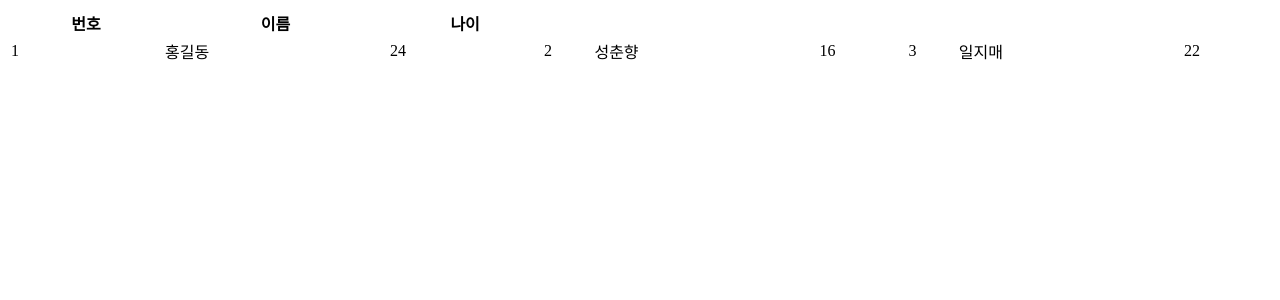
Repository: suhong99/htmlLecture
Page: cssSample2/src/main/webapp/index2.html
These files come from the project's save history. The page is drawn as it stood at one moment and after the next save; the edit follows.
The browser window is 1280 px wide. The pictures show the whole page.

Above is the page before, as saved 2023-06-22 02:05:47.

### cssSample2/src/main/webapp/index2.html
<!DOCTYPE html>
<html>
<head>
<meta charset="UTF-8">
<title>Insert title here</title>
<style type="text/css">
	table {
		width:100%;
	}
</style>
</head>

<body>
<table>
<thead>
	<tr>
		<th>번호</th>
		<th>이름</th>
		<th>나이</th>
	</tr>
	<tbody>
		<tr>
			<td>1</td><td>홍길동</td><td>24</td>
			<td>2</td><td>성춘향</td><td>16</td>
			<td>3</td><td>일지매</td><td>22</td>
		</tr>
	</tbody>
</thead>


</table>

</body>
</html>

After the next save:
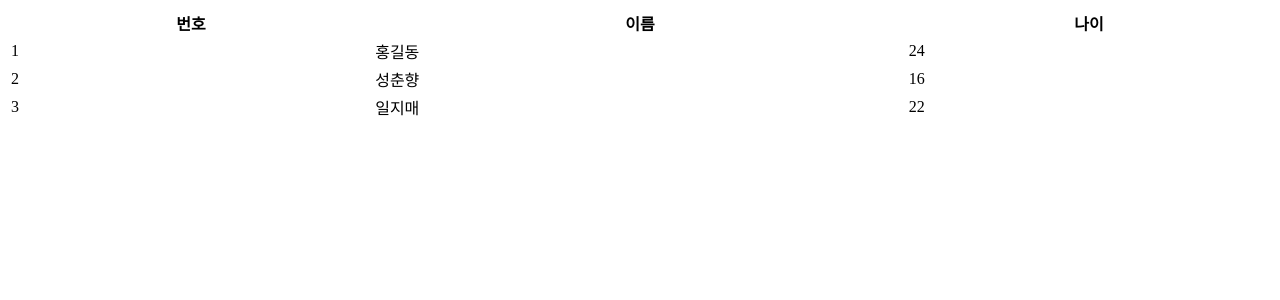
Saved 48 s later.
--- a/cssSample2/src/main/webapp/index2.html
+++ b/cssSample2/src/main/webapp/index2.html
@@ -21,7 +21,11 @@
 	<tbody>
 		<tr>
 			<td>1</td><td>홍길동</td><td>24</td>
+		</tr>
+		<tr>
 			<td>2</td><td>성춘향</td><td>16</td>
+		</tr>
+		<tr>
 			<td>3</td><td>일지매</td><td>22</td>
 		</tr>
 	</tbody>
